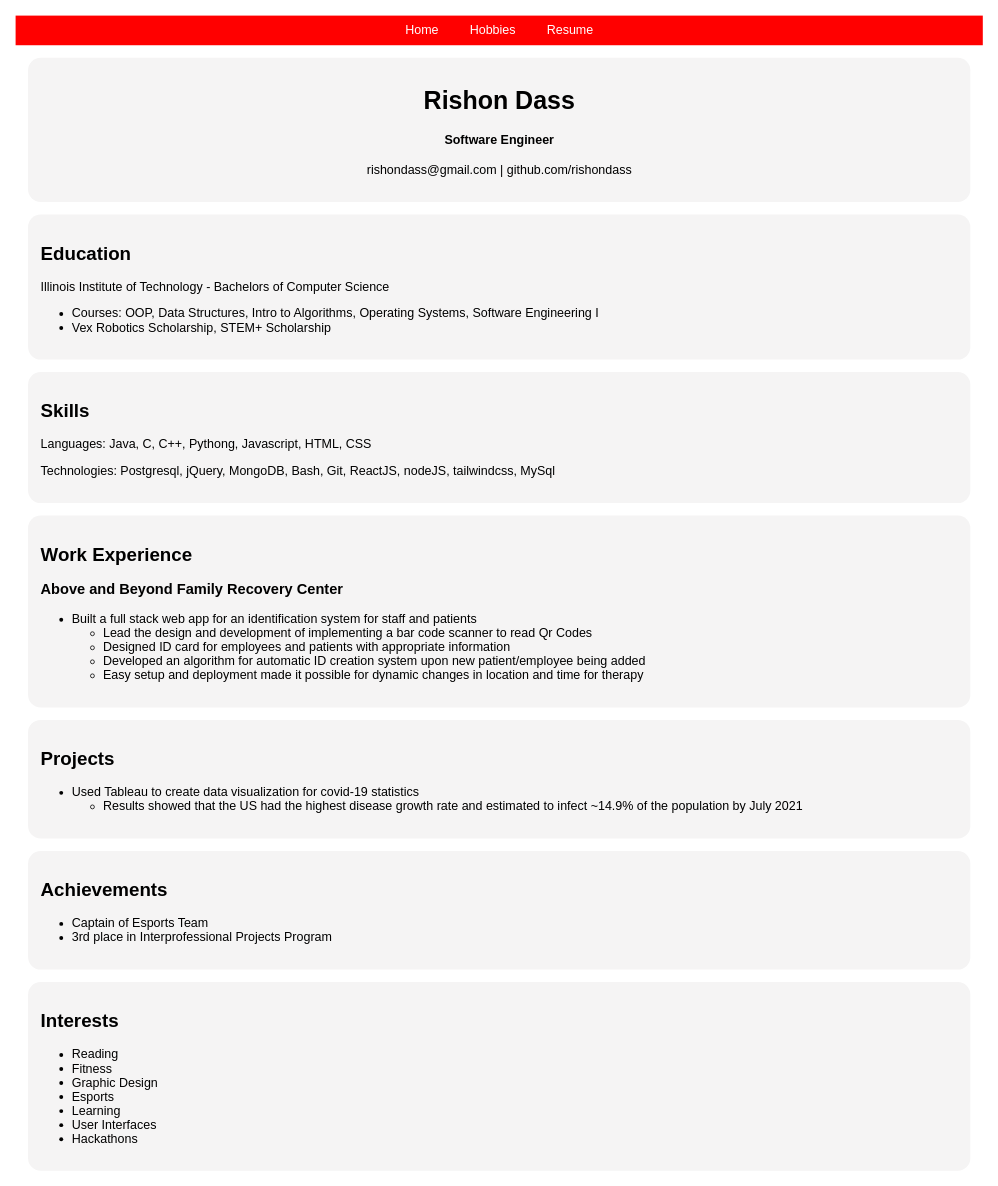
Repository: rishondass/ITMD361-Project2
Page: resume.html
An editor plug-in stored every save of this project. The page is shown before and after the next save, followed by the edit.
The browser window is 1280 px wide. The pictures show the whole page, at 78% of full size.

Above is the page before, as saved 2023-03-07 23:34:46.

After the next save:
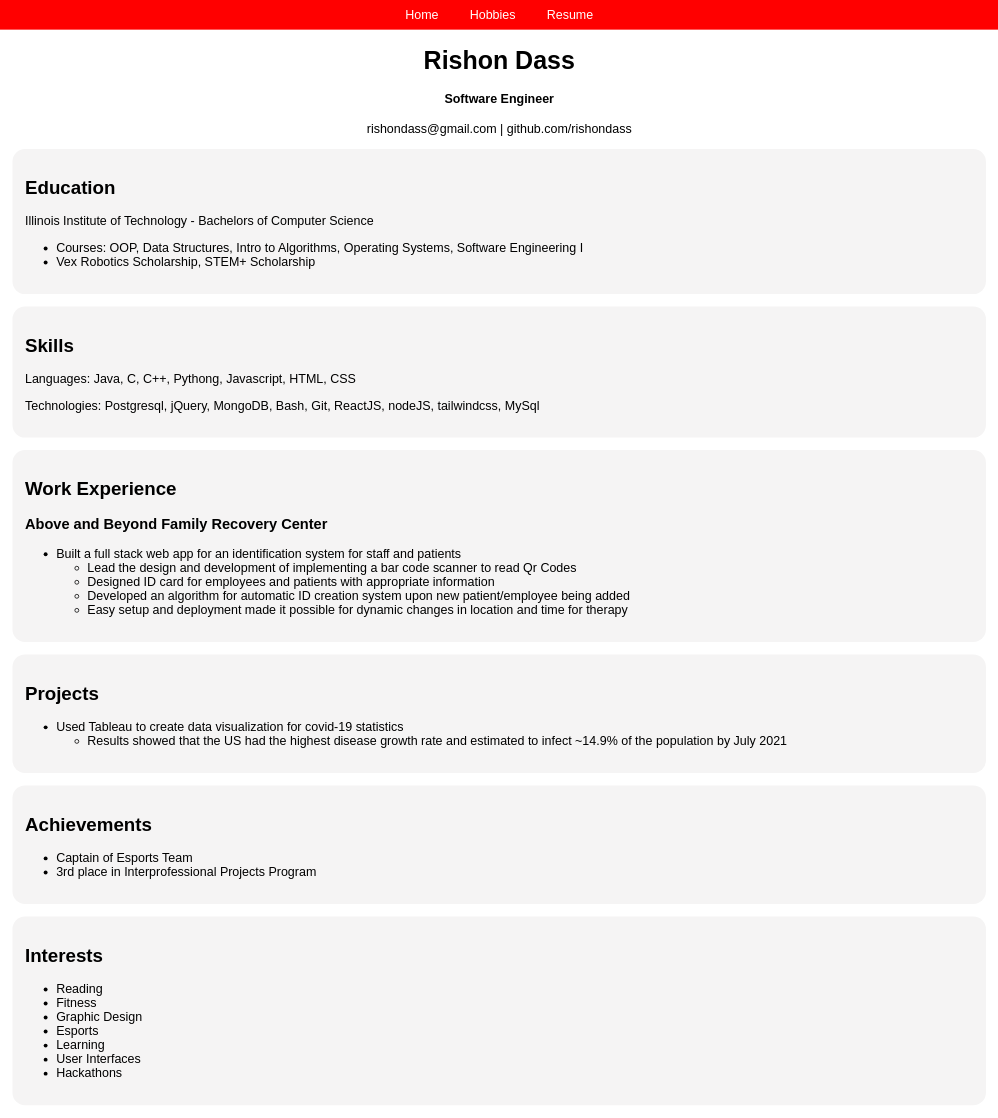
Saved 12 s later.
--- a/resume.html
+++ b/resume.html
@@ -7,7 +7,7 @@
     <link rel="stylesheet" href="css/normalize.css">
     <title>Resume</title>
 </head>
-<body id="main-container">
+<body>
     <nav id="main-nav">
         <ul>
             <li>
